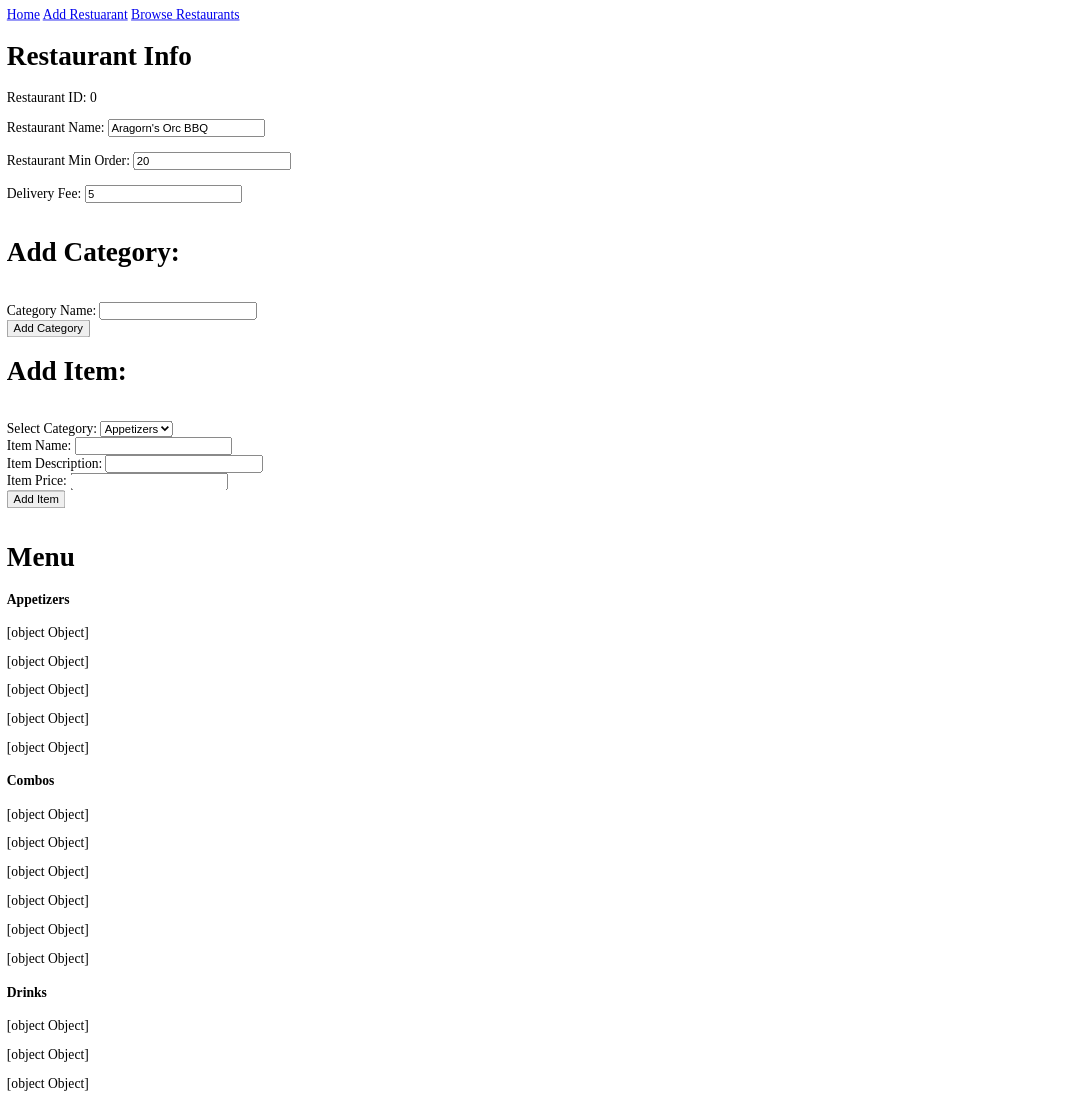
Repository: hudaali14/Carleton
Page: http://localhost/restaurants/0
The author's editor kept a copy of each file at every save. The page is drawn from the files as they stood at one save, then again after the next save.
The browser window is 1280 px wide. The pictures show the whole page, at 85% of full size.
The page is served by the project's Node server (server.js).

Above is the page before, as saved 2020-03-12 18:34:28.

After the next save:
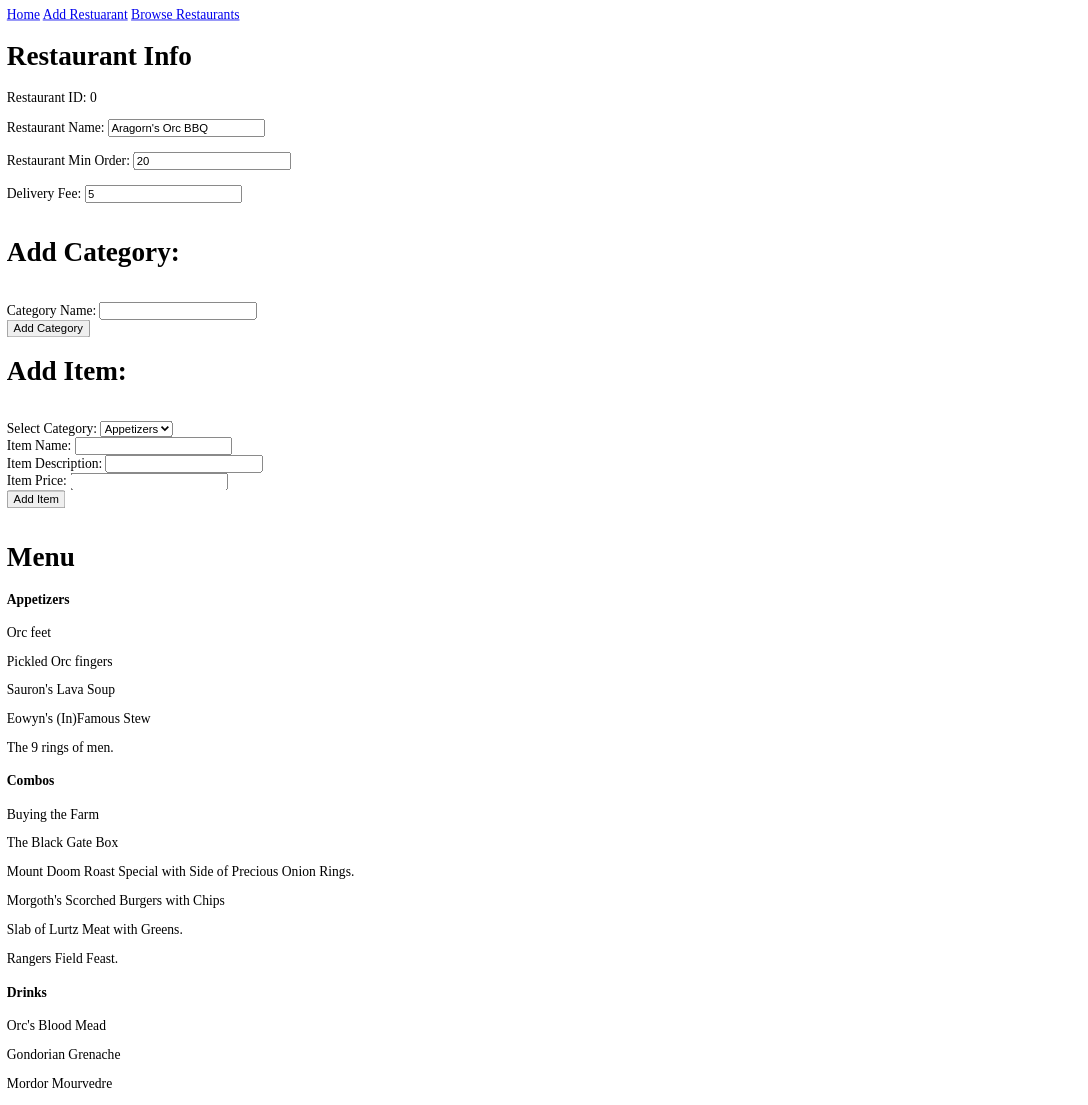
Saved 15 s later.
--- a/2406/Assignments/Assignment3 (100)/views/pages/restaurantpage.pug
+++ b/2406/Assignments/Assignment3 (100)/views/pages/restaurantpage.pug
@@ -56,4 +56,4 @@ body
         - let items = Object.keys(restaurant.menu[category])
         each id in items
             - let item = restaurant.menu[category][id];
-            p #{item}
+            p #{item.name}
